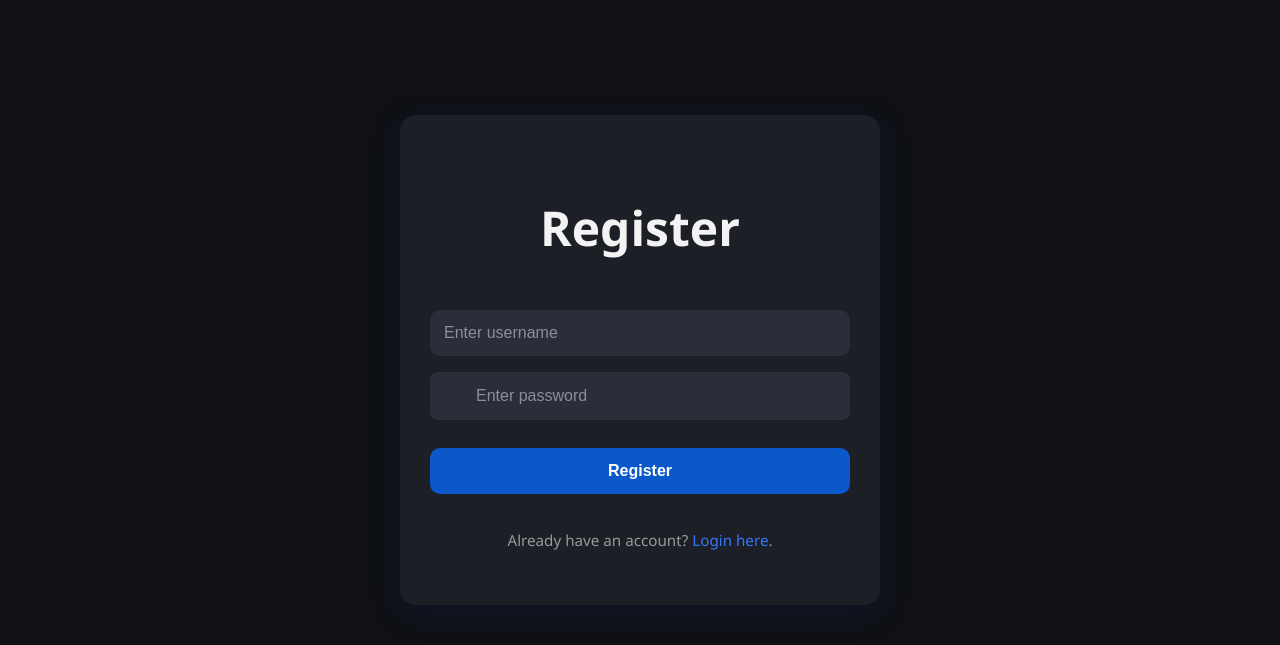
Repository: lowluds/auth-flask
Page: http://localhost/register
These files come from the project's save history. The page is drawn as it stood at one moment and after the next save; the edit follows.
The browser window is 1280 px wide. The pictures show the whole page.
The page is served by the project's application, run on Flask 3 (login.py).

Above is the page before, as saved 2025-07-10 23:09:31.

After the next save:
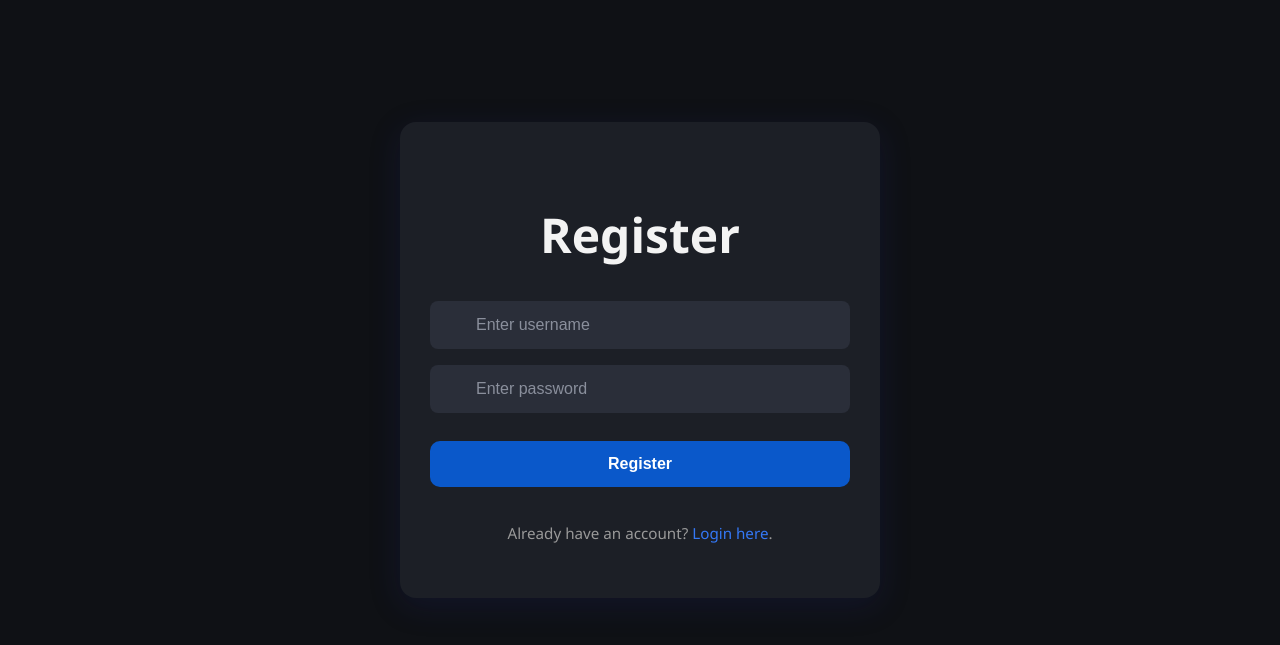
Saved 2 min 47 s later.
--- a/templates/register.html
+++ b/templates/register.html
@@ -14,8 +14,9 @@
 
           <div class="input-group">
             <i class="fas fa-user"></i>
+            <input type="text" id="username" name="username" placeholder="Enter username" required>
             </div>
-            <input type="text" id="username" name="username" placeholder="Enter username" required>
+
 
           <div class="input-group">
               <i class="fas fa-lock"></i>
